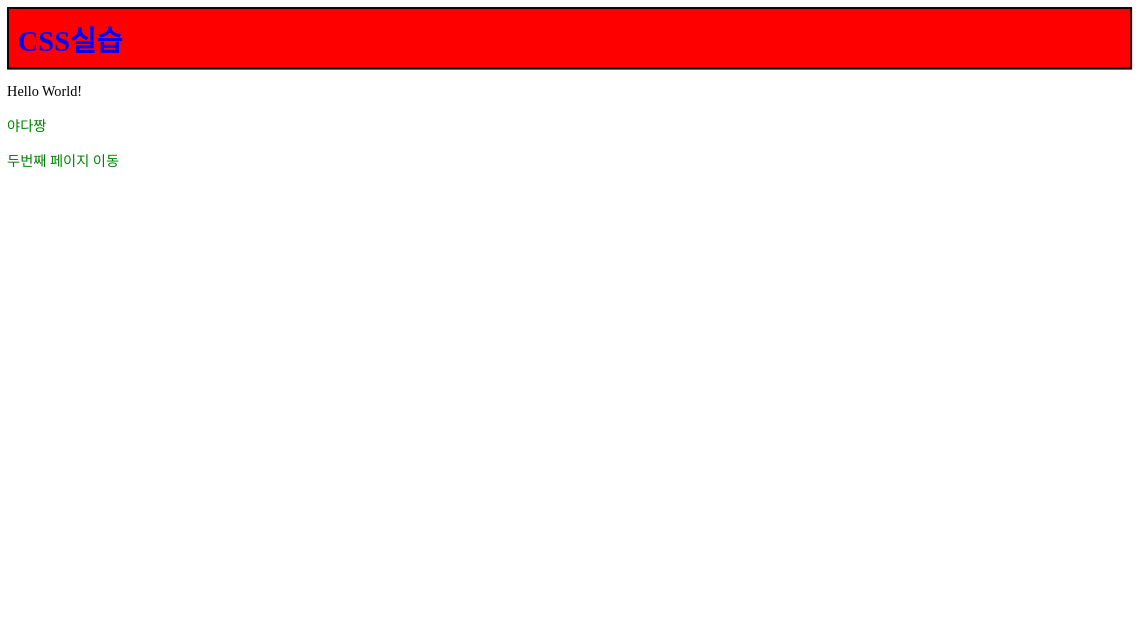
Repository: ashojm/WebWork
Page: Web/first.html
An editor plug-in stored every save of this project. The page is shown before and after the next save, followed by the edit.
The browser window is 1280 px wide. The pictures show the whole page, at 89% of full size.

Above is the page before, as saved 2015-11-12 16:52:05.

### Web/first.html
<!DOCTYPE html>
<html>
	<head>
		<meta charset="UTF-8">
		<link rel="stylesheet" href="css/base.css"/>
		<title>제목입니다.</title>
	</head>
	<body>
		<h1>CSS실습</h1>
		<p>
			Hello World!
		</p>
		<p id="test">
			<a href="second.html" target="_blank">야다짱</a>
		</p>
		<p class="yada">
			<a href="second.html" target="">두번째 페이지 이동</a>

		</p>

	</body>
</html>

### Web/css/base.css
h1{color:#0000FF;font-family:serif;font-size:200%;background-color:red;border:2px solid black;padding:10px;margin:0 auto}

a:link {color:green;background-color:transparent;text-decoration:none}
a:visited {color:blue;background-color:transparent;text-decoration:none}
a:hover   {color:red; background-color:transparent; text-decoration:underline}
a:active  {color:blue; background-color:transparent; text-decoration:underline}

After the next save:
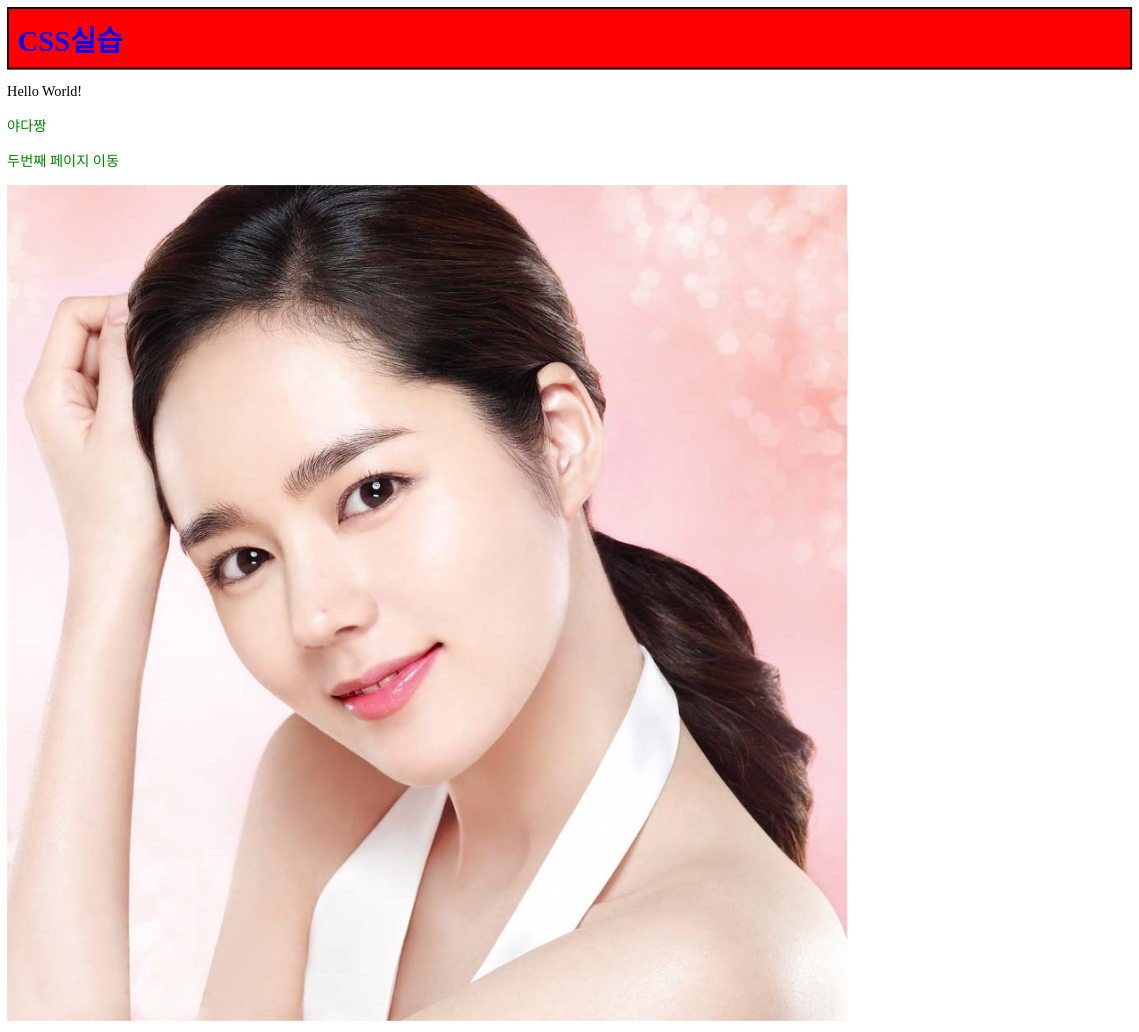
Saved 3 min 18 s later.
--- a/Web/first.html
+++ b/Web/first.html
@@ -15,8 +15,9 @@
 		</p>
 		<p class="yada">
 			<a href="second.html" target="">두번째 페이지 이동</a>
-
 		</p>
-
+		<a href="second.html">
+			<img src="img/han01.jpg"alt="한가인"/>
+		</a>
 	</body>
 </html>
